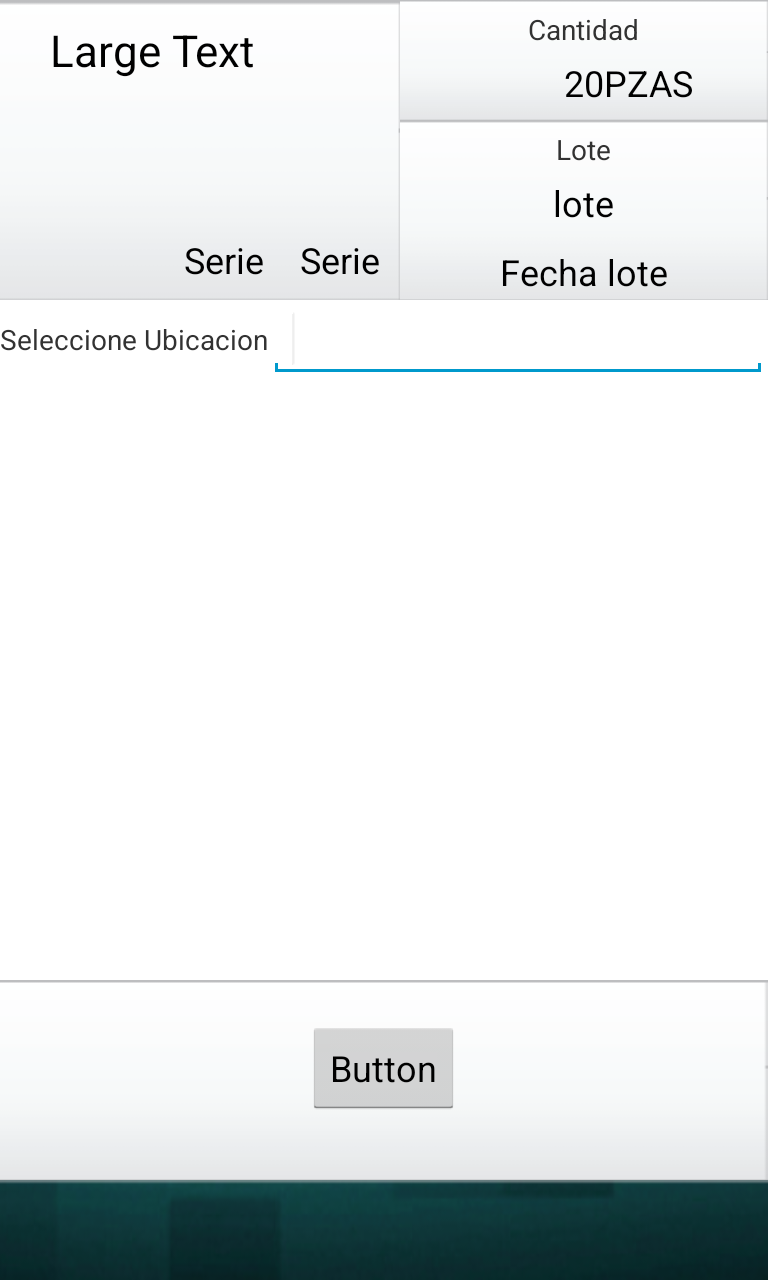
Repository: moynard/PeanutAndroid
Layout: WHSStorekeeper/res/layout/detail_arrivados.xml
These files come from the project's save history. The layout is drawn as it stood at one moment and after the next save; the edit follows.
It is drawn on a 768 x 1280 px phone screen (xhdpi) without system bars, with theme AppTheme; the app's code is not run.

Above is the layout before, as saved 2013-07-25 01:35:10.

### WHSStorekeeper/res/layout/detail_arrivados.xml
<?xml version="1.0" encoding="utf-8"?>
<RelativeLayout xmlns:android="http://schemas.android.com/apk/res/android"
    android:layout_width="match_parent"
    android:layout_height="match_parent"
    android:orientation="vertical" >

    <RelativeLayout
       android:id="@+id/layoutProducto"
        android:layout_width="200dp"
        android:layout_height="150dp"
        android:layout_alignParentLeft="true"
        android:layout_alignParentTop="true"
        android:background="@drawable/bgproducto"
         >

        <TextView
            android:id="@+id/txtProducto"
            android:layout_width="150dp"
            android:layout_height="wrap_content"
            android:layout_below="@+id/lblProducto"
            android:layout_centerHorizontal="true"
            android:layout_marginTop="10dp"
            android:lines="4"

            android:text="Large Text"
            android:textAppearance="?android:attr/textAppearanceLarge" />

                <TextView
                    android:id="@+id/lblserie"
                    android:layout_width="wrap_content"
                    android:layout_height="wrap_content"
                    android:layout_below="@+id/txtProducto"
                    android:layout_marginRight="18dp"
                    android:layout_toLeftOf="@+id/txtSerie"
                    android:text="Serie"
                    android:textAppearance="?android:attr/textAppearanceMedium" />

                <TextView
                    android:id="@+id/txtSerie"
                    android:layout_width="wrap_content"
                    android:layout_height="wrap_content"
                    android:layout_alignBaseline="@+id/lblserie"
                    android:layout_alignBottom="@+id/lblserie"
                    android:layout_alignParentRight="true"
                    android:layout_marginRight="10dp"
                    android:text="Serie"
                    android:textAppearance="?android:attr/textAppearanceMedium" />

    </RelativeLayout>
    <RelativeLayout
        android:id="@+id/layoutCantidad"
        android:layout_toRightOf="@+id/layoutProducto"
        android:layout_width="fill_parent"
        android:layout_height="60dp"

        android:background="@drawable/bgproducto"
         >
         <TextView
                android:id="@+id/lblCantidad"
                android:layout_width="wrap_content"
                android:layout_height="wrap_content"
                android:layout_alignParentTop="true"
                android:layout_centerHorizontal="true"
                android:layout_marginTop="5dp"
                android:text="Cantidad"
                android:textAppearance="?android:attr/textAppearanceSmall" />
            <TextView
                android:id="@+id/txtCantidad"
                android:layout_width="wrap_content"
                android:layout_height="wrap_content"
                             android:layout_centerHorizontal="true"

                android:layout_below="@+id/lblCantidad"
                android:layout_marginTop="5dp"
                android:text="20"
                android:textAppearance="?android:attr/textAppearanceMedium" />
            <TextView
                android:id="@+id/txtUnidad"
                android:layout_width="wrap_content"
                android:layout_height="wrap_content"
                android:layout_below="@+id/lblCantidad"
                android:layout_toRightOf="@+id/txtCantidad"
                android:layout_marginTop="5dp"
                android:text="PZAS"
                android:textAppearance="?android:attr/textAppearanceMedium" />


    </RelativeLayout>
    <RelativeLayout
        android:id="@+id/layoutLote"
        android:layout_toRightOf="@+id/layoutProducto"
        android:layout_below="@+id/layoutCantidad"
        android:layout_width="fill_parent"
        android:layout_height="90dp"
        android:background="@drawable/bgproducto"
         >
            <TextView
                android:id="@+id/lbLote"
                android:layout_width="wrap_content"
                android:layout_height="wrap_content"
                android:layout_alignParentTop="true"
                android:layout_centerHorizontal="true"
                android:layout_marginTop="5dp"
                android:text="Lote"
                android:textAppearance="?android:attr/textAppearanceSmall" />
            <TextView
                android:id="@+id/txtlote"
                android:layout_width="wrap_content"
                android:layout_height="wrap_content"
                android:layout_below="@+id/lbLote"
                android:layout_marginTop="5dp"
                                android:layout_centerHorizontal="true"

                android:text="lote"
                android:textAppearance="?android:attr/textAppearanceMedium" />
             <TextView
                android:id="@+id/txtFecalote"
                android:layout_width="wrap_content"
                android:layout_height="wrap_content"
                android:layout_below="@+id/txtlote"
                android:layout_marginTop="10dp"
                android:text="Fecha lote"
                android:layout_centerHorizontal="true"

                android:textAppearance="?android:attr/textAppearanceMedium" />

    </RelativeLayout>

    <RelativeLayout
        android:id="@+id/layoutinfo"
        android:layout_width="fill_parent"
        android:layout_height="150dp"
        android:layout_alignParentLeft="true"
        android:layout_below="@+id/layoutProducto"
         >
             <TextView
                     android:id="@+id/lblUbicacion"
                     android:layout_width="wrap_content"
                     android:layout_height="wrap_content"
                      android:layout_alignParentLeft="true"
					android:layout_marginTop="10dp"
                     android:text="Seleccione Ubicacion"

                      />

                  <AutoCompleteTextView
                 android:id="@+id/autocomplete"
                 android:layout_width="fill_parent"
                 android:layout_height="wrap_content"

                android:layout_toRightOf="@+id/lblUbicacion"
                 android:ems="10"
                 android:singleLine="true" >
                 <requestFocus />
             </AutoCompleteTextView>

    </RelativeLayout>

     <RelativeLayout
         android:id="@+id/layoutFoter"
         android:layout_width="fill_parent"
         android:layout_height="50dp"
         android:layout_alignParentBottom="true"
         android:layout_alignParentLeft="true"
         android:background="@drawable/bgfoot" >
     </RelativeLayout>

     <RelativeLayout
         android:id="@+id/layoutBoton2"
         android:layout_width="fill_parent"
         android:layout_height="100dp"
         android:layout_above="@+id/layoutFoter"
         android:layout_alignParentLeft="true"
         android:background="@drawable/bgproducto" >

         <Button
             android:id="@+id/sendUbicacion"
             android:layout_width="wrap_content"
             android:layout_height="wrap_content"
             android:layout_below="@+id/autocomplete"
             android:layout_centerHorizontal="true"
             android:layout_marginTop="20dp"
             android:text="Button" />
     </RelativeLayout>

</RelativeLayout>

Loaded but not shown: WHSStorekeeper/res/values/styles.xml (common file); WHSStorekeeper/res/values-v11/styles.xml (common file); WHSStorekeeper/res/values-v14/styles.xml (common file)

After the next save:
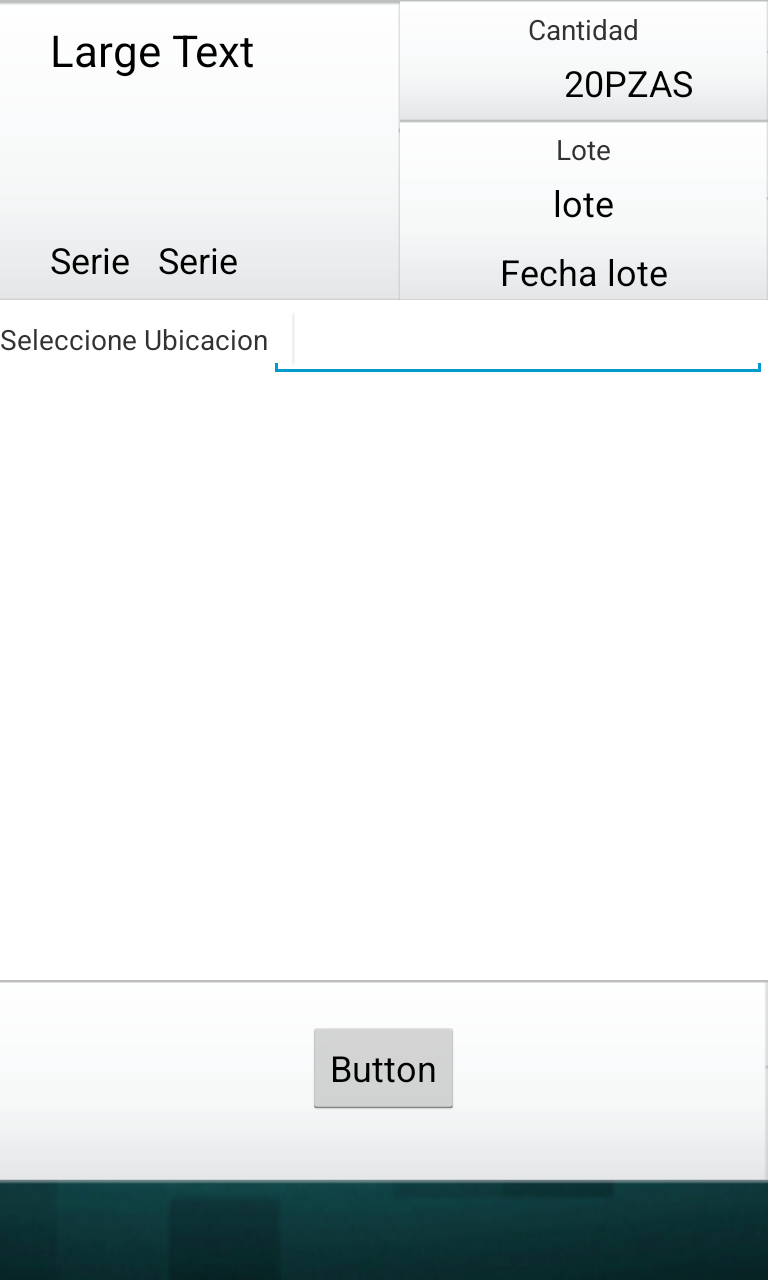
Saved 84 s later.
--- a/WHSStorekeeper/res/layout/detail_arrivados.xml
+++ b/WHSStorekeeper/res/layout/detail_arrivados.xml
@@ -26,23 +26,22 @@
             android:textAppearance="?android:attr/textAppearanceLarge" />
 
                 <TextView
-                    android:id="@+id/lblserie"
-                    android:layout_width="wrap_content"
-                    android:layout_height="wrap_content"
-                    android:layout_below="@+id/txtProducto"
-                    android:layout_marginRight="18dp"
-                    android:layout_toLeftOf="@+id/txtSerie"
-                    android:text="Serie"
-                    android:textAppearance="?android:attr/textAppearanceMedium" />
-
-                <TextView
                     android:id="@+id/txtSerie"
                     android:layout_width="wrap_content"
                     android:layout_height="wrap_content"
                     android:layout_alignBaseline="@+id/lblserie"
                     android:layout_alignBottom="@+id/lblserie"
-                    android:layout_alignParentRight="true"
-                    android:layout_marginRight="10dp"
+                    android:layout_marginLeft="14dp"
+                    android:layout_toRightOf="@+id/lblserie"
+                    android:text="Serie"
+                    android:textAppearance="?android:attr/textAppearanceMedium" />
+
+                <TextView
+                    android:id="@+id/lblserie"
+                    android:layout_width="wrap_content"
+                    android:layout_height="wrap_content"
+                    android:layout_alignLeft="@+id/txtProducto"
+                    android:layout_below="@+id/txtProducto"
                     android:text="Serie"
                     android:textAppearance="?android:attr/textAppearanceMedium" />
 
